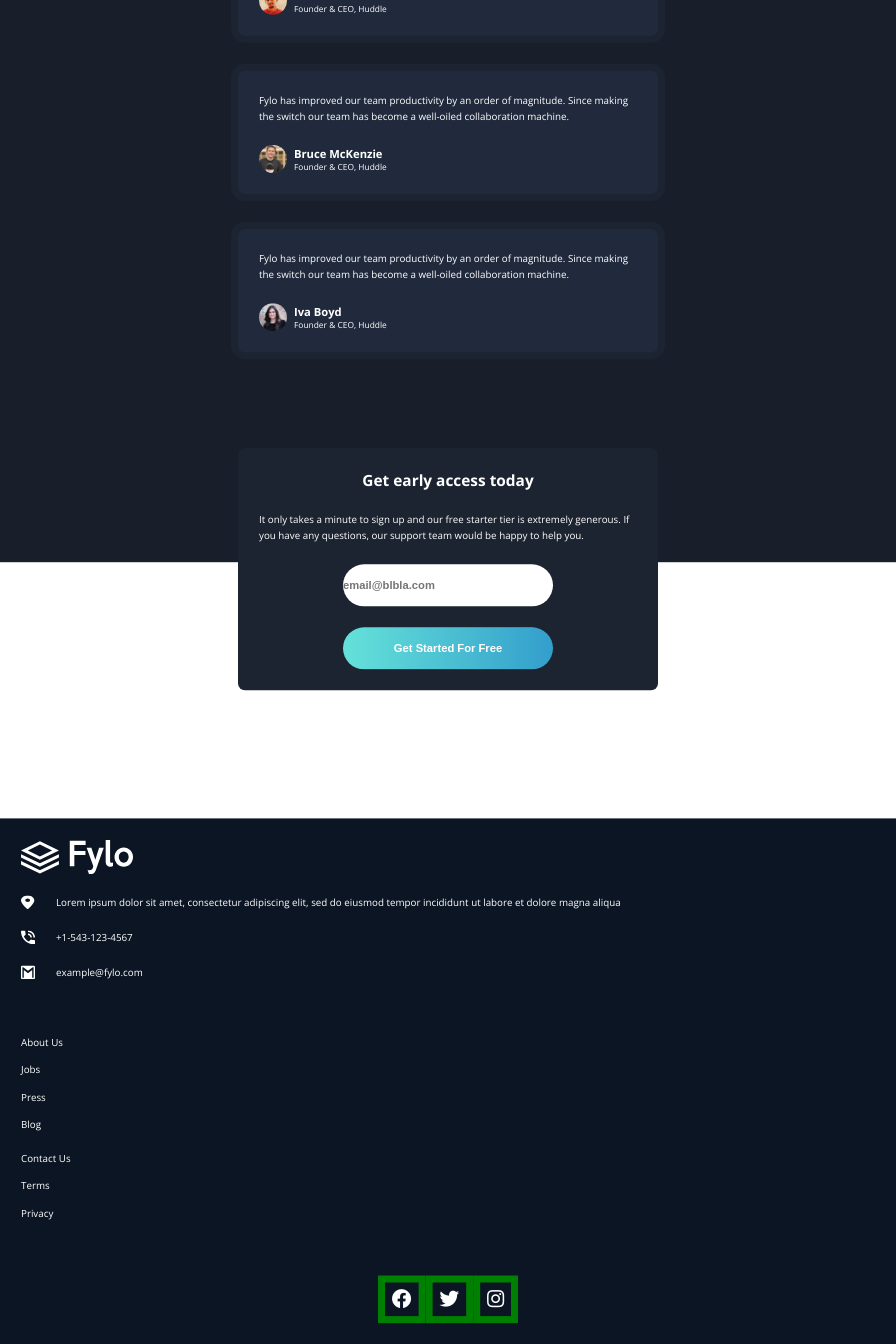
Repository: tomas938/fylo-dark-theme-landing-page-master
Page: index.html
The author's editor kept a copy of each file at every save. The page is drawn from the files as they stood at one save, then again after the next save.
The browser window is 1280 px wide. The pictures show the part of the page from y = 2893 to 4813 px (the page is 4813 px tall before and 4795 px after), at 70% of full size.
Some web libraries are served in a nearby version. The style sheet was rebuilt from its Sass, Less or Tailwind sources for each picture, by a compiler version that may differ from the author's.

Above is the page before, as saved 2021-08-05 17:49:25.

### index.html
<!DOCTYPE html>
<html lang="en">
	<head>
		<meta charset="UTF-8" />
		<meta name="viewport" content="width=device-width, initial-scale=1.0" />
		<link
			rel="icon"
			type="image/png"
			sizes="32x32"
			href="./images/favicon-32x32.png"
		/>
		<title>
			Frontend Mentor | Fylo landing page with dark theme and features grid
		</title>
		<link rel="stylesheet" href="https://pro.fontawesome.com/releases/v5.10.0/css/all.css" integrity="sha384-AYmEC3Yw5cVb3ZcuHtOA93w35dYTsvhLPVnYs9eStHfGJvOvKxVfELGroGkvsg+p" crossorigin="anonymous"/>
		<link rel="stylesheet" href="/scss/main.css" />
	</head>
	<body>
		<section class="intro">
			<nav class="intro__navigation">
				<img src="/images/logo.svg" alt="" />
				<ul class="intro__navigation__links">
					<li><a href="#">Features</a></li>
					<li><a href="#">Team</a></li>
					<li><a href="#">Sign In</a></li>
				</ul>
			</nav>
			<div class="intro__description">
				<img class="bg-image" src="/images/illustration-intro.png" alt="" />
				<h1>All your files in one secure location, accessible anywhere.</h1>
				<p>
					Fylo stores all your most important files in one secure location.
					Access them wherever you need, share and collaborate with friends
					family, and co-workers.
				</p>
				<button class="blue-rounded">Get Started</button>
			</div>
		</section>
		<section class="about">
			<div class="about__item">
				<img src="/images/icon-access-anywhere.svg" class="icon"></img>
				<h3>Access your files, anywhere</h3>
				<p>
					The ability to use a smartphone, tablet, or computer to access your
					account means your files follow you everywhere.
				</p>
			</div>
			<div class="about__item">
				<img src="/images/icon-security.svg" class="icon"></img>
				<h3>Security you can trust</h3>
				<p>
					2-factor authentication and user-controlled encryption are just a
					couple of the security features we allow to help secure your files.
				</p>
			</div>
			<div class="about__item">
				<img src="/images/icon-collaboration.svg" class="icon"></img>
				<h3>Real-time collaboration</h3>
				<p>
					Securely share files and folders with friends, family and colleagues
					for live collaboration. No email attachments required.
				</p>
			</div>
			<div class="about__item">
				<img src="/images/icon-any-file.svg" class="icon"></img>
				<h3>Store any type of file</h3>
				<p>
					Whether you're sharing holidays photos or work documents, Fylo has you
					covered allowing for all file types to be securely stored and shared.
				</p>
			</div>
		</section>
    <section class="informations">
      <div class="informations__image">
        <img src="/images/illustration-stay-productive.png" alt="">
      </div>
      <div class="informations__content">
        <h4>Stay productive, wherever you are</h4>
        <p> Never let location be an issue when
		accessing your files. Fylo has you covered for all of your file storage
		needs.</p>
        <p> Securely share files and folders with friends, family and colleagues
		for live collaboration. No email attachments required.</p>
        <div class="link">
          <a href="#"> See how Fylo works</a>
          <img src="/images/icon-arrow.svg" alt="">
        </div>
      </div>
    </section>
    <section class="testimonials">
      <div class="testimonials__item">
        <img class="quotes" src="/images/bg-quotes.png" alt="">
        <p>	Fylo has improved our team productivity by an order of magnitude. Since
		making the switch our team has become a well-oiled collaboration machine.</p>
      <div class="person">
        <img src="/images/profile-1.jpg" alt="">
        <div class="person__information">
          <h4>	Satish Patel </h4>
          <h5> Founder & CEO, Huddle</h5>
        </div>
      </div>
      </div>
      <div class="testimonials__item">
        <p>	Fylo has improved our team productivity
		by an order of magnitude. Since making the switch our team has become a
		well-oiled collaboration machine.</p>
      <div class="person">
        <img src="/images/profile-2.jpg" alt="">
        <div class="person__information">
          <h4>Bruce McKenzie </h4>
          <h5> Founder & CEO, Huddle</h5>
        </div>
      </div>
      </div>
      <div class="testimonials__item">
        <p>	Fylo has improved our team productivity
		by an order of magnitude. Since making the switch our team has become a
		well-oiled collaboration machine.</p>
      <div class="person">
        <img src="/images/profile-3.jpg" alt="">
        <div class="person__information">
          <h4>	Iva Boyd </h4>
          <h5> Founder & CEO, Huddle</h5>
        </div>
      </div>
      </div>
    </section >
	<section class="contact">
		<div class="contact__item">
			<h3>Get early access today</h3>
			<p>	 It only takes a minute to sign
		  up and our free starter tier is extremely generous. If you have any
		  questions, our support team would be happy to help you.</p>
		  <input type="text" placeholder="email@blbla.com">
		  <button class="blue-rounded ">Get Started For Free</button>
		</div>
	</section>
	<footer class="footer">
		<img class="logo" src="/images/logo.svg" alt="">
		<div  class="footer__information">
			<div class="footer__information__item">
				<img  src="/images/icon-location.svg" alt="">
				<p>Lorem ipsum dolor sit amet, consectetur adipiscing elit, sed do eiusmod
		tempor incididunt ut labore et dolore magna aliqua</p>
			</div>
			<div class="footer__information__item">
				<img src="/images/icon-phone.svg" alt="">
				<p> +1-543-123-4567</p>
			</div>
			<div class="footer__information__item">
				<img  src="/images/icon-email.svg" alt="">
				<p>example@fylo.com</p>
			</div>
		</div>
		<div class="links-up">
			<a href="#">About Us</a>
			<a href="#">Jobs</a>
			<a href="#">Press</a>
			<a href="#"> Blog</a>
		</div>
		<div class="links-down">
			<a href="#"> Contact Us</a>
			<a href="#">Terms</a>
			<a href="#"> Privacy</a>
		</div>
		<div class="icons">
			<a href="#" ><i class="fab fa-facebook fa-2x"></i></a>
			<a href="#"><i class="fab fa-twitter fa-2x"></i></a>
			<a href="#">  <i class="fab fa-instagram fa-2x"></i>
</a>
		</div>
	</footer>



	</body>
</html>

### scss/main.scss
@import "./_partials/variables";
@import "./_partials/_reset";
@import "./_partials/_intro";
@import "./_partials/_about";
@import "./_partials/_informations";
@import "./_partials/_testimonials";
@import "./_partials/_contact";
@import "./_partials/_footer";

### scss/_partials/_variables.scss
// COLORS //

// ### Primary //

$intro-bg: hsl(217, 28%, 15%); // intro email sign up
$main-bg: hsl(218, 28%, 13%);
$footer-bg: hsl(216, 53%, 9%);
$testimonials-bg: hsl(219, 30%, 18%);

// ### Accent //

$cayn: hsl(176, 68%, 64%); //(inside call-to-action gradient)//
$blue: hsl(198, 60%, 50%); //(inside call-to-action gradient)//
$error: hsl(0, 100%, 63%);

// ### Neutral //

$white: hsl(0, 0%, 100%);

// FONTS //

// ### Headings, Call-to-actions, Header Navigation //

@import url("https://fonts.googleapis.com/css2?family=Raleway:wght@400;700&display=swap");

$heading-font: "Raleway", sans-serif;
$heading-light: 400;
$heading-bold: 700;

// ### Body //

@import url("https://fonts.googleapis.com/css2?family=Open+Sans:wght@400;700&family=Raleway:wght@400;700&display=swap");

$body-font: "Open Sans", sans-serif;
$body-light: 400;
$body-bold: 700;

// Button
.blue-rounded {
	max-width: 30rem;
	font-size: 1.6rem;
	font-weight: $heading-bold;
	border: none;
	outline: none;
	color: $white;
	background-image: linear-gradient(to right, $cayn, $blue);
	border-radius: 3rem;
	height: 6rem;
	width: 100%;
}

### scss/_partials/_reset.scss
* {
	margin: 0;
	padding: 0;
	box-sizing: border-box;
}
body {
	color: $white;
	font-family: $body-font;
}
html {
	font-size: 62.5%;
	// @media only screen and (max-width: 375px) {
	// 	font-size: 92.5%;
	// }
}
a {
	text-decoration: none;
}
li {
	list-style: none;
}

### scss/_partials/_intro.scss
.intro {
	background-color: $intro-bg;
	font-family: $heading-font;
	background-image: url(/images/bg-curvy-mobile.svg);
	background-repeat: no-repeat;
	background-position: bottom;
	background-size: 150% 50%;

	&__navigation {
		padding: 3rem 2rem;
		display: flex;
		justify-content: space-between;
	}
	img {
		width: 10rem;
		height: 2.95rem;
	}

	&__navigation__links {
		display: flex;
		align-items: center;
	}
	li:not(:last-child) {
		margin-right: 2.2rem;
	}
	a {
		color: $white;
		font-weight: $heading-light;
		font-size: 1.4rem;
	}
	&__description {
		max-width: 60rem;
		padding: 3rem;
		margin: auto;
		display: flex;
		flex-direction: column;
		align-items: center;
		grid-gap: 2rem;
	}
	.bg-image {
		width: 100%;
		height: 100%;
	}
	h1 {
		font-size: 2.5rem;
		text-align: center;
		line-height: 3.5rem;
	}
	p {
		font-size: 1.4rem;
		line-height: 2.3rem;
		text-align: center;
	}
}

### scss/_partials/_about.scss
.about {
	display: grid;
	grid-template-columns: 1fr;
	justify-items: center;
	grid-gap: 5rem;
	background-color: $main-bg;
	font-family: $heading-font;
	padding: 5rem 0;
	&__item {
		max-width: 35rem;
		display: flex;
		flex-direction: column;
		align-items: center;
		justify-content: center;
		padding: 0 1.5rem;
		grid-gap: 1rem;
	}
	.icon {
		margin-bottom: 3rem;
	}
	h3 {
		font-size: 2.2rem;
	}
	p {
		font-size: 1.4rem;
		line-height: 2.3rem;
	}
	h3,
	p {
		text-align: center;
	}
}

### scss/_partials/_informations.scss
.informations {
	display: flex;
	flex-direction: column;
	justify-content: center;
	align-items: center;
	grid-gap: 3rem;
	font-family: $heading-font;
	background-color: $main-bg;
	padding: 3rem;
	&__image {
		img {
			width: 100%;
		}
	}
	&__content {
		max-width: 60rem;

		display: flex;
		flex-direction: column;
		grid-gap: 2rem;
	}
	h3 {
		text-align: center;
	}

	h4 {
		font-size: 1.8rem;
	}
	p {
		font-size: 1.4rem;
		line-height: 2.3rem;
		text-align: left;
	}
	.link {
		display: flex;
		align-items: center;
		justify-content: flex-start;
		border-bottom: 1px solid $cayn;
		width: 16rem;
		a {
			font-size: 1.4rem;
			color: $cayn;
		}
		img {
			margin-left: 1rem;
			height: 2rem;
		}
	}
}

### scss/_partials/_testimonials.scss
.testimonials {
	background-color: $main-bg;
	display: flex;
	flex-direction: column;
	align-items: center;
	grid-gap: 5rem;
	padding: 10rem 4rem 30rem 4rem;
	position: relative;
	&__item {
		max-width: 60rem;
		background-color: $testimonials-bg;
		border-radius: 1rem;
		box-shadow: 0px 0px 0px 10px $intro-bg;
		padding: 3rem;
		display: flex;
		flex-direction: column;
		grid-gap: 3rem;
		position: relative;
		.quotes {
			position: absolute;
			top: -2.5rem;
			left: 0;
		}
	}
	.person {
		display: flex;
		align-items: center;
		grid-gap: 1rem;
	}
	img {
		border-radius: 50%;
		width: 4rem;
		height: 4rem;
	}
	p {
		font-size: 1.4rem;
		line-height: 2.3rem;
	}
	h4 {
		font-size: 1.6rem;
	}
	h5 {
		font-size: 1.2rem;
		font-weight: $heading-light;
	}
}

### scss/_partials/_contact.scss
.contact {
	display: flex;
	justify-content: center;
	padding: 1rem;
	.contact__item {
		transform: translateY(-50%);
		background-color: $intro-bg;
		padding: 3rem;
		border-radius: 1rem;
		max-width: 60rem;
		display: flex;
		flex-direction: column;
		align-items: center;
		grid-gap: 3rem;
	}
	h3 {
		font-size: 2.2rem;
	}
	p {
		font-size: 1.4rem;
		line-height: 2.3rem;
	}
	input {
		max-width: 30rem;
		font-size: 1.6rem;
		font-weight: $heading-bold;
		border: none;
		outline: none;
		color: $white;
		border-radius: 3rem;
		height: 6rem;
		width: 100%;
	}
}

### scss/_partials/_footer.scss
.footer {
	display: flex;
	flex-direction: column;
	grid-gap: 3rem;
	background-color: $footer-bg;
	padding: 3rem;
	font-size: 1.4rem;

	&__information {
		display: flex;
		flex-direction: column;
		grid-gap: 3rem;
	}
	&__information__item {
		display: flex;
		grid-gap: 3rem;
	}
	.logo {
		width: 16rem;
		height: 5rem;
	}
	.links-up,
	.links-down {
		display: flex;
		flex-direction: column;
		grid-gap: 2rem;
	}
	.links-up {
		padding-top: 5rem;
	}
	.links-down {
		padding-bottom: 5rem;
	}
	.icons {
		display: flex;
		justify-content: center;
	}

	i {
		border: 10px solid green;
		padding: 1rem;
	}
	img {
		width: 2rem;
		height: 2rem;
	}
	a {
		color: $white;
	}
}

After the next save:
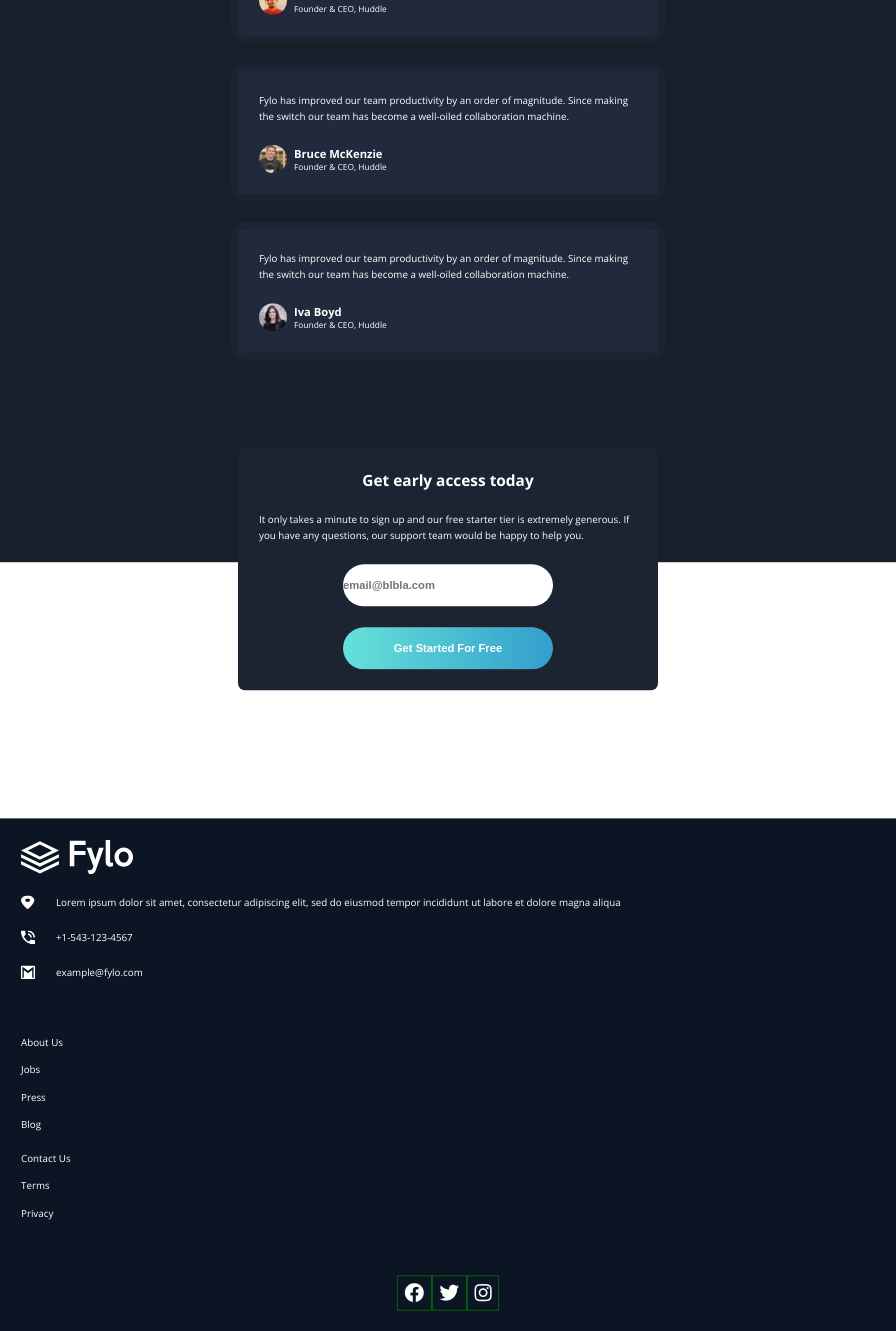
Saved 4 s later.
--- a/scss/_partials/_footer.scss
+++ b/scss/_partials/_footer.scss
@@ -37,7 +37,7 @@
 	}
 
 	i {
-		border: 10px solid green;
+		border: 1px solid green;
 		padding: 1rem;
 	}
 	img {
